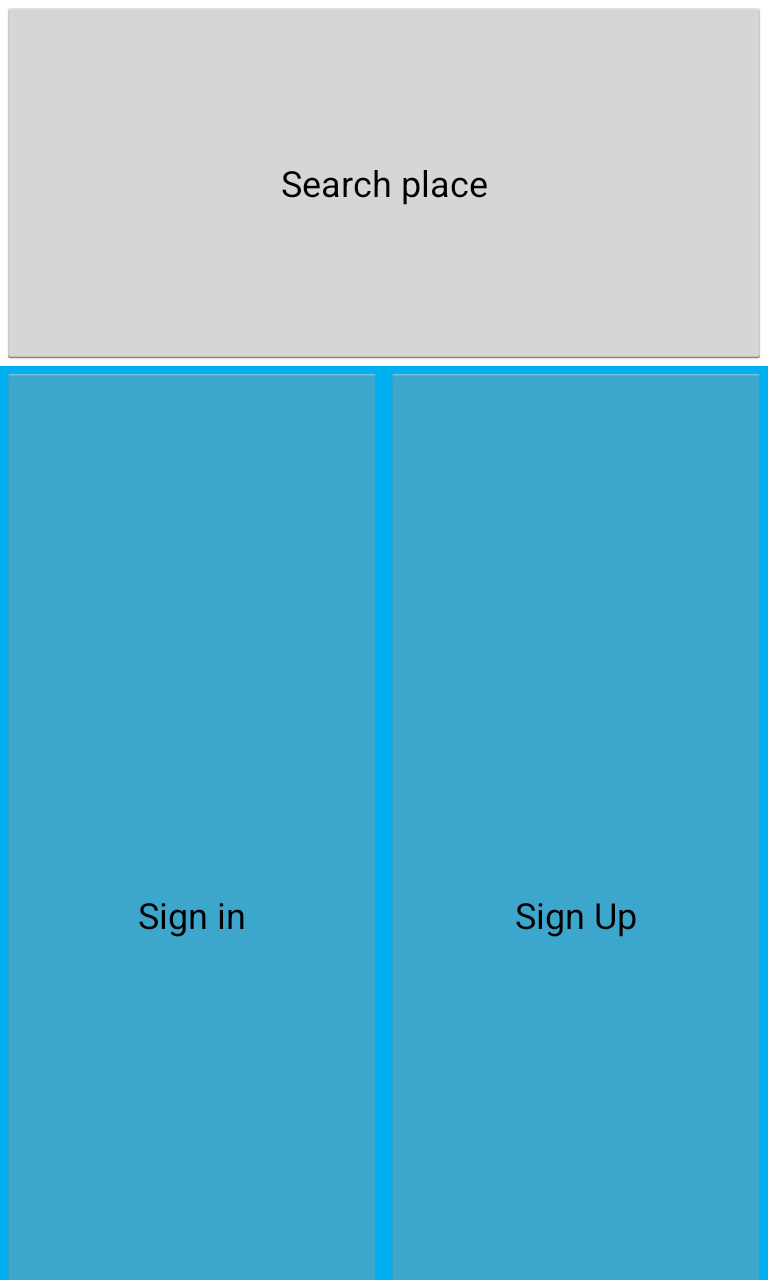
Repository: Rownak/TouristFriend
Layout: android/MainProjectTherapTest/res/layout/front_page_layout.xml
The author's editor kept a copy of each file at every save. The layout is drawn from the files as they stood at one save, then again after the next save.
It is drawn on a 768 x 1280 px phone screen (xhdpi) without system bars, with theme AppTheme; the app's code is not run.

Above is the layout before, as saved 2014-12-05 16:08:02.

### android/MainProjectTherapTest/res/layout/front_page_layout.xml
<?xml version="1.0" encoding="utf-8"?>
<LinearLayout xmlns:android="http://schemas.android.com/apk/res/android"
    android:layout_width="match_parent"
    android:layout_height="match_parent"
    android:orientation="vertical"
    android:weightSum="7" >
 <LinearLayout
        android:layout_width="fill_parent"
        android:layout_height="fill_parent"
        android:layout_weight="5"
        android:orientation="horizontal"
        android:weightSum="1" >



        <LinearLayout
            android:layout_width="fill_parent"
            android:layout_height="fill_parent"
            android:layout_weight="1"
            android:orientation="horizontal"
             >

            <Button
            android:layout_width="fill_parent"
            android:layout_height="fill_parent"
            android:text="Search place" />
        </LinearLayout>
    </LinearLayout>

    <LinearLayout
        android:layout_width="fill_parent"
        android:layout_height="fill_parent"
        android:layout_weight="1"
        android:orientation="horizontal"
        android:weightSum="1"
        android:background="@color/skype_blue">

        <LinearLayout
            android:layout_width="fill_parent"
            android:layout_height="fill_parent"
            android:layout_weight=".5"
            android:weightSum=".5"
            android:orientation="horizontal"



            >

            <Button
                android:id="@+id/signInButtonFront"
                android:layout_width="fill_parent"
                android:layout_height="fill_parent"
                android:text="Sign in" />

        </LinearLayout>

        <LinearLayout
            android:layout_width="fill_parent"
            android:layout_height="fill_parent"
            android:layout_weight=".5"
            android:weightSum=".5"
            android:orientation="horizontal"
             >

            <Button
            android:id="@+id/signUpButtonFront"
            android:layout_width="fill_parent"
            android:layout_height="fill_parent"
            android:text="Sign Up" />
        </LinearLayout>


    </LinearLayout>


</LinearLayout>

### android/MainProjectTherapTest/res/values/color2.xml
<?xml version="1.0" encoding="utf-8"?>
<resources>
    <color name ="skype_blue">#00AFF0</color>
    <color name ="skype_text_hint">#00AFC0</color>
    <color name ="skype_button">#0095CC</color>
    <color name ="kmngreen">#5B9C64</color>
    <color name="white">#FFFFFF</color>
    <color name="grey">#7A7A7A</color>
    <color name="background">#0044AA</color>
    <color name="bluelight">#449DEF</color>
    <color name="bluedark">#2F6699</color>
    <color name="greenlight">#70C656</color>
    <color name="greendark">#53933F</color>
    <color name="orangelight">#F3AE1B</color>
    <color name="orangedark">#BB6008</color>
    <color name="black">#000000</color>
    <color name="red">#f00</color>
    <color name="transculent_red">#80ff0000</color>
    <color name="firoja">#63b6ab</color>
    <color name="yellow">#f0ff00</color>
    <color name="merun">#440700</color>
    <color name="violet">#8256a4</color>
    <color name="violetlight">#d6b6e6</color>
    <color name="paste">#1eb486</color>
    <color name="purple">#bc1dd8</color>
    <color name="pastelmagenta">#F49AC2</color>
    <color name="pink">#ff007f</color>
    <color name="flamingopink">#FC8EAC</color>
    <color name="cherryblossompink">#ffb7c6</color>
    <color name="darkpink">#E75480</color>
    <color name = "byzantinepink">#BD33A4</color>
    <color name = "glowypink">#FF66FF</color>
    <color name = "glowypink2">#FF3399</color>
    <color name = "bottlegreen">#324F17</color>

    <color name="list_item_title">#fff</color>
    <color name="list_background">#303030</color>
    <color name="list_background_pressed">#992416</color>
    <color name="list_divider">#272727</color>
    <color name="counter_text_bg">#626262</color>
    <color name="counter_text_color">#c5c4c4</color>
</resources>

Loaded but not shown: android/MainProjectTherapTest/res/values/styles.xml (common file); android/MainProjectTherapTest/res/values-v11/styles.xml (common file); android/MainProjectTherapTest/res/values-v14/styles.xml (common file)

After the next save:
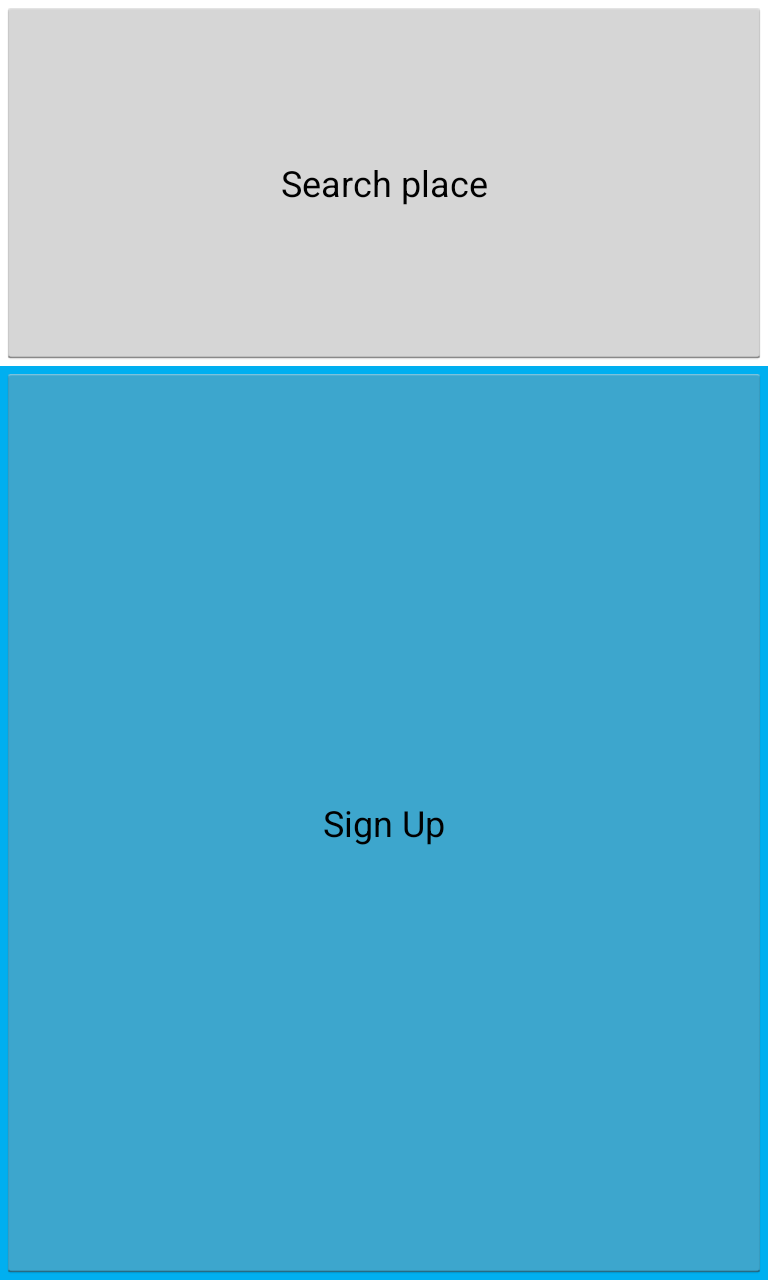
Saved 46 s later.
--- a/android/MainProjectTherapTest/res/layout/front_page_layout.xml
+++ b/android/MainProjectTherapTest/res/layout/front_page_layout.xml
@@ -30,7 +30,7 @@
     <LinearLayout
         android:layout_width="fill_parent"
         android:layout_height="fill_parent"
-        android:layout_weight="1"
+        android:layout_weight="2"
         android:orientation="horizontal"
         android:weightSum="1"
         android:background="@color/skype_blue">
@@ -38,8 +38,7 @@
         <LinearLayout
             android:layout_width="fill_parent"
             android:layout_height="fill_parent"
-            android:layout_weight=".5"
-            android:weightSum=".5"
+            android:layout_weight="1"
             android:orientation="horizontal"
 
 
